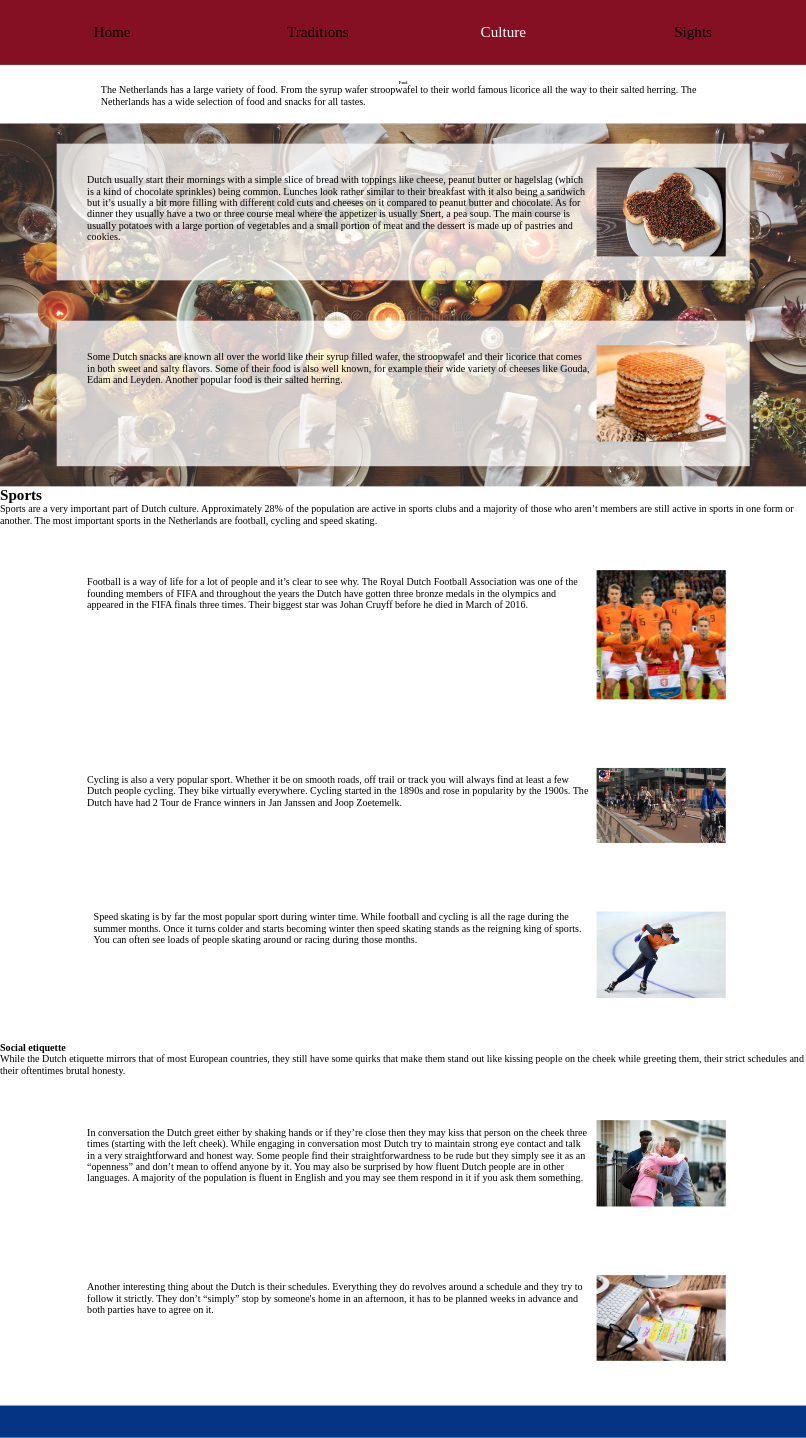
Repository: Cornman63/The-netherlands
Page: html/culture.html
An editor plug-in stored every save of this project. The page is shown before and after a run of saves, followed by the edit.
The browser window is 1280 px wide. The pictures show the whole page, at 63% of full size.

Above is the page before, as saved 2023-05-28 13:10:38.

### html/culture.html
<!DOCTYPE html>
<html lang="en">
<head>
    <meta charset="UTF-8">
    <meta http-equiv="X-UA-Compatible" content="IE=edge">
    <meta name="viewport" content="width=device-width, initial-scale=1.0">
    <title>Culture</title>
    <link rel="stylesheet" href="../CSS\style2.css">
</head>
<body>
<header>
    <div class="top">
        <div class="site"><a href="index.html" class="link">Home</a></div>
        <div class="site"><a href="traditions.html" class="link">Traditions</a></div>
        <div class="site"><a href="culture.html" style="color: white" class="link">Culture</a></div>
        <div class="site"><a href="sights.html" class="link">Sights</a></div>
    </div>
</header>

    <div class="text">
        <h4 id="foodh">Food</h4>
        <div class="food">
            <div class="stroopwafel">The Netherlands has a large variety of food. From the syrup wafer stroopwafel to their world famous licorice all the way to their salted herring. The Netherlands has a wide selection of food and snacks for all tastes. </div>
        </div>
        <div class="foodmain">
        <div class="item">
            <p class="par">Dutch usually start their mornings with a simple slice of bread with toppings like cheese, peanut butter or hagelslag (which is a kind of chocolate sprinkles) being common. Lunches look rather similar to their breakfast with it also being a sandwich but it’s usually a bit more filling with different cold cuts and cheeses on it compared to peanut butter and chocolate. As for dinner they usually have a two or three course meal where the appetizer is usually Snert, a pea soup. The main course is usually potatoes with a large portion of vegetables and a small portion of meat and the dessert is made up of pastries and cookies. </p>
            <img src="../images\hagelslag.jpg" alt="hagelslag" class="img">
        </div>
        <div class="item">
            <p class="par">Some Dutch snacks are known all over the world like their syrup filled wafer, the stroopwafel and their licorice that comes in both sweet and salty flavors. Some of their food is also well known, for example their wide variety of cheeses like Gouda, Edam and Leyden. Another popular food is their salted herring.</p>
            <img src="../images/stroopwafel.jpg" alt="stroopwafel" class="img">
        </div>
        </div>

        <div class="sportstart">
            <h2>Sports</h2>
            <p>Sports are a very important part of Dutch culture. Approximately 28% of the population are active in sports clubs and a majority of those who aren’t members are still active in sports in one form or another. The most important sports in the Netherlands are football, cycling and speed skating. </p>
        </div>
        <div class="sportmain">
            <div class="item">
            <p class="par">Football is a way of life for a lot of people and it’s clear to see why. The Royal Dutch Football Association was one of the founding members of FIFA and throughout the years the Dutch have gotten three bronze medals in the olympics and appeared in the FIFA finals three times. Their biggest star was Johan Cruyff before he died in March of 2016. </p>
            <img src="../images/football.jpg" alt="dutch football" class="img">
            </div>
            <div class="item">
                <p class="par">Cycling is also a very popular sport. Whether it be on smooth roads, off trail or track you will always find at least a few Dutch people cycling. They bike virtually everywhere. Cycling started in the 1890s and rose in popularity by the 1900s. The Dutch have had 2 Tour de France winners in Jan Janssen and Joop Zoetemelk.</p>
                <img src="../images/cycling.jpg" alt="cycling" class="img">
            </div>
            <div class="item">
                <p class="par"></p>Speed skating is by far the most popular sport during winter time. While football and cycling is all the rage during the summer months. Once it turns colder and starts becoming winter then speed skating stands as the reigning king of sports. You can often see loads of people skating around or racing during those months.</p>
                <img src="../images/skating.jpg" alt="skating" class="img">
            </div>
        </div>
        <div class="soceqstart">
            <h4>Social etiquette</h4>
            <p>While the Dutch etiquette mirrors that of most European countries, they still have some quirks that make them stand out like kissing people on the cheek while greeting them, their strict schedules and their oftentimes brutal honesty.</p>
        </div>
        <div class="soceqmain">
            <div class="item">
                <p class="par">In conversation the Dutch greet either by shaking hands or if they’re close then they may kiss that person on the cheek three times (starting with the left cheek). While engaging in conversation most Dutch try to maintain strong eye contact and talk in a very straightforward and honest way. Some people find their straightforwardness to be rude but they simply see it as an “openness” and don’t mean to offend anyone by it. You may also be surprised by how fluent Dutch people are in other languages. A majority of the population is fluent in English and you may see them respond in it if you ask them something.</p>
                <img src="../images/kiss.jpeg" alt="dutch kiss" class="img">
            </div>
            <div class="item">
                <p class="par">Another interesting thing about the Dutch is their schedules. Everything they do revolves around a schedule and they try to follow it strictly. They don’t “simply” stop by someone's home in an afternoon, it has to be planned weeks in advance and both parties have to agree on it.                </p>
                <img src="../images/schedule.webp" alt="schedule" class="img">
            </div>
        </div>
    </div>

<footer>
    <div class="bottom">

    </div>
</footer>

</body>
</html>

### CSS/style2.css
header{
    background-color: #861023;
    width: 100%;
}

footer{
    background-color: #053484;
    width: 100%;
}

.top, .bottom {
    display: flex;
    flex-direction: row;
    justify-content: center;
    align-content: center;
    margin: auto;
    padding: 2%;
    font-size: 150%;
}
.site {
    display: flex;
    border: 1%;
    margin: 1%;
    margin-left: 10%;
    align-content: center;
    width: 90%;
}

.link{
    text-decoration: none;
}
.link:link {
    color:black;
}
.link:visited {
    color:black;
}
.link:hover {
    color:white;
}
.foodmain {
    display: flex;
    flex-direction: column;
    background-image: url(../images/dinner2.png);
    background-size: cover;
    border: 5%;
    overflow: hidden;
}
.food,#foodh {
    margin: auto;
}
#foodh {
    justify-content: center;
    align-content:center;
    margin-top: 2%;
    text-align: center;
    font-size:10%;
}
.food {
    margin-bottom: 2%;
}
.item{
    max-width: 80%;
    margin: auto;
    display: flex;
    flex-direction: row;
    padding: 3%;
    background-color: rgba(255,255,255,0.75);
    border:5%;
    margin-top: 2.5%;
    margin-bottom: 2.5%;
}
.img {
    width: 20%;
    height: 20%;
    display: flex;
    flex-direction: row;
}
.par {
    padding: 1%;
}
* {
    margin:0;
}
.stroopwafel {
    width: 75%;
    margin: auto;
}

After the next 2 saves:
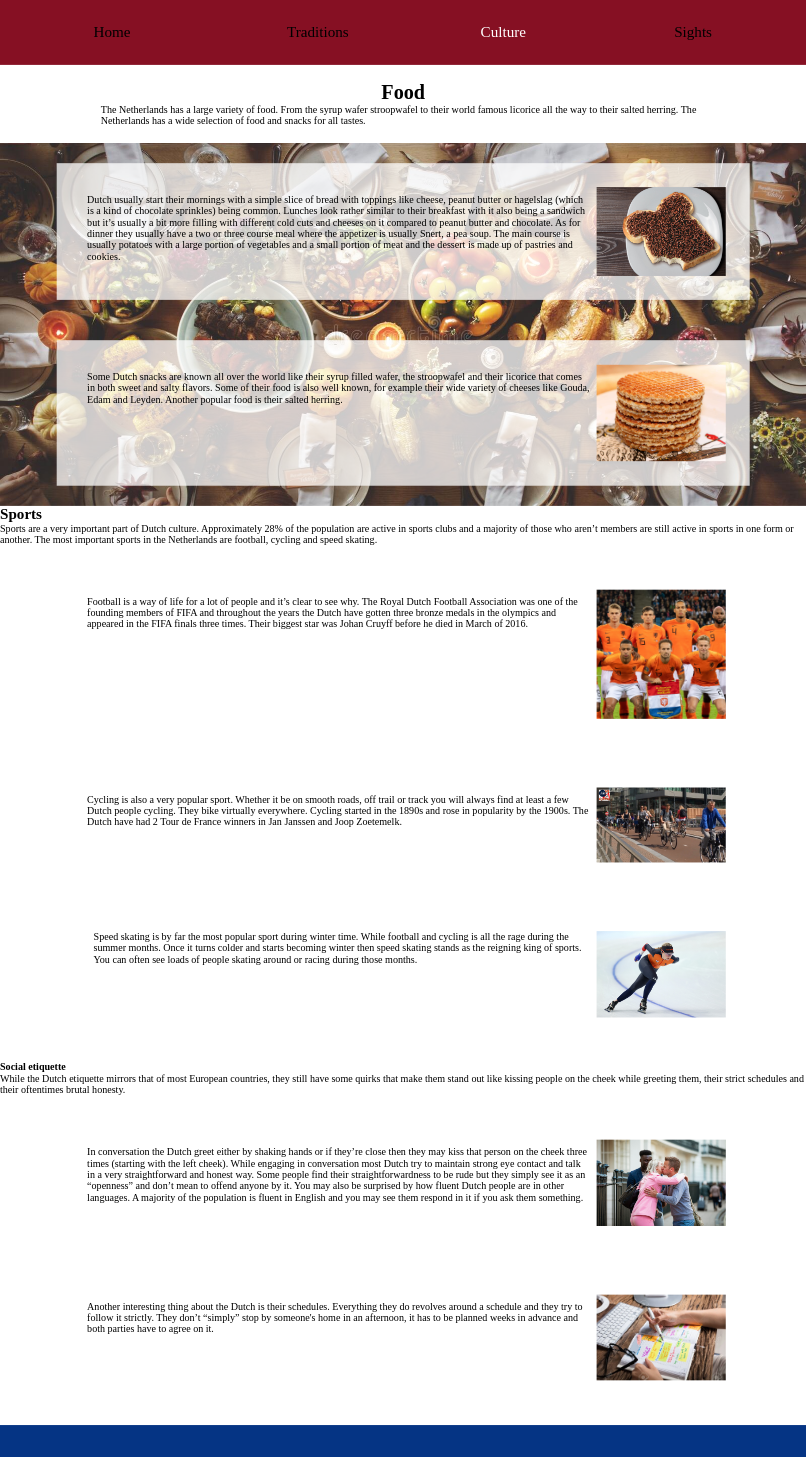
The 2 saves are shown as one change because they came seconds apart.
The last was saved 7 s later.
--- a/CSS/style2.css
+++ b/CSS/style2.css
@@ -54,7 +54,7 @@ footer{
     align-content:center;
     margin-top: 2%;
     text-align: center;
-    font-size:10%;
+    font-size:200%;
 }
 .food {
     margin-bottom: 2%;
